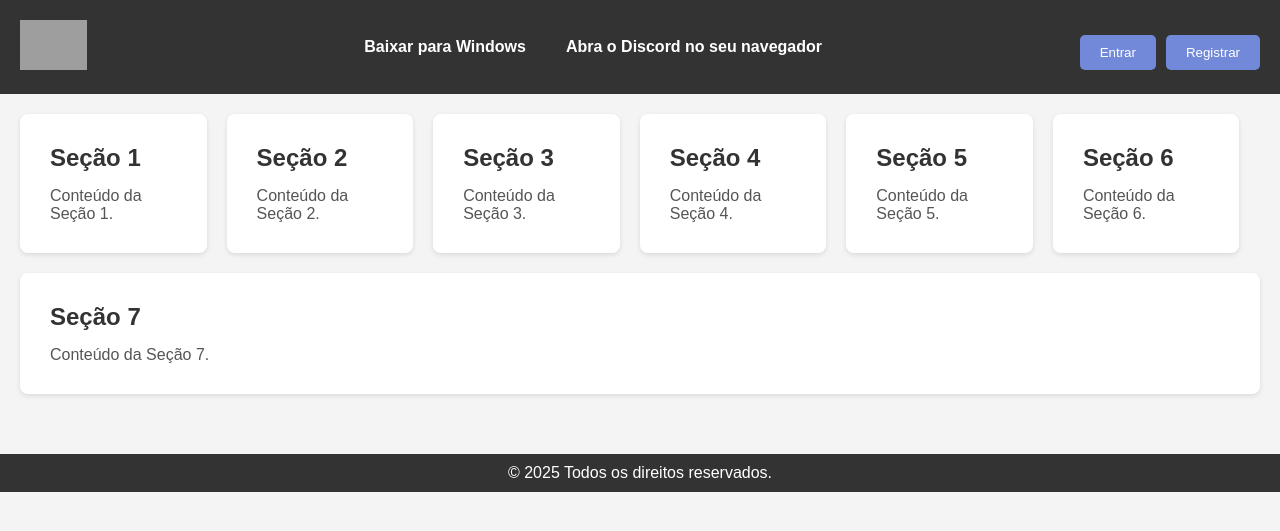
Repository: gustavotwist/projeto-discord
Page: index.html
The author's editor kept a copy of each file at every save. The page is drawn from the files as they stood at one save, then again after a run of saves.
The browser window is 1280 px wide. The pictures show the whole page.
Pictures or frames that could not be fetched are drawn as grey boxes.

Above is the page before, as saved 2025-03-09 17:44:24.

### index.html
<!DOCTYPE html>
<html lang="pt-br">
<head>
    <meta charset="UTF-8">
    <meta name="viewport" content="width=device-width, initial-scale=1.0">
    <title>Desafio de Responsividade</title>
    <link rel="stylesheet" href="/css/style.css">
</head>
<body>
    <!-- Header -->
    <header>
        <div class="logo">
            <img src="logo.png" alt="Logo">
        </div>
        <nav>
            <ul>
                <li><a href="#section1">Baixar para Windows</a></li>
                <li><a href="#section2">Abra o Discord no seu navegador</a></li>
            </ul>
        </nav>
        <div class="header-buttons">
            <button class="btn login-btn">Entrar</button>
            <button class="btn signup-btn">Registrar</button>
        </div>
    </header>

    <!-- Main -->
    <main>
        <!-- Container para as 7 seções (6 lado a lado e a 7ª embaixo) -->
        <div class="section-container">
            <!-- Section 1 -->
            <section id="section1">
                <h2>Seção 1</h2>
                <p>Conteúdo da Seção 1.</p>
            </section>

            <!-- Section 2 -->
            <section id="section2">
                <h2>Seção 2</h2>
                <p>Conteúdo da Seção 2.</p>
            </section>

            <!-- Section 3 -->
            <section id="section3">
                <h2>Seção 3</h2>
                <p>Conteúdo da Seção 3.</p>
            </section>

            <!-- Section 4 -->
            <section id="section4">
                <h2>Seção 4</h2>
                <p>Conteúdo da Seção 4.</p>
            </section>

            <!-- Section 5 -->
            <section id="section5">
                <h2>Seção 5</h2>
                <p>Conteúdo da Seção 5.</p>
            </section>

            <!-- Section 6 -->
            <section id="section6">
                <h2>Seção 6</h2>
                <p>Conteúdo da Seção 6.</p>
            </section>

            <!-- Section 7 -->
            <section id="section7">
                <h2>Seção 7</h2>
                <p>Conteúdo da Seção 7.</p>
            </section>
        </div>
    </main>

    <!-- Footer -->
    <footer>
        <p>&copy; 2025 Todos os direitos reservados.</p>
    </footer>
</body>
</html>

### css/style.css
/* Reset de estilos */
* {
    margin: 0;
    padding: 0;
    box-sizing: border-box;
}

/* Corpo e fontes */
body {
    font-family: Arial, sans-serif;
    background-color: #f4f4f4;
    color: #333;
}

/* Header */
header {
    background-color: #333;
    color: white;
    display: flex;
    justify-content: space-between;
    align-items: center;
    padding: 20px;
    position: relative;
}

header .logo img {
    height: 50px;
}

header nav ul {
    list-style-type: none;
    display: flex;
}

header nav ul li {
    margin-left: 20px;
}

header nav ul li a {
    color: white;
    text-decoration: none;
    font-weight: bold;
    padding: 5px 10px;
}

header nav ul li a:hover {
    background-color: #555;
    border-radius: 5px;
}

/* Botões no header */
.header-buttons {
    display: flex;
    gap: 10px;
    margin-top: 10px; /* Margem para distanciar os botões da navegação */
}

.header-buttons .btn {
    background-color: #7289da;
    color: white;
    border: none;
    padding: 10px 20px;
    border-radius: 5px;
    cursor: pointer;
    transition: background-color 0.3s ease;
}

.header-buttons .btn:hover {
    background-color: #5a6cb0;
}

/* Main */
main {
    padding: 20px;
}

/* Container para as 7 seções (6 lado a lado e a 7ª embaixo) */
.section-container {
    display: flex;
    flex-wrap: wrap; /* Para que as seções se ajustem em múltiplas linhas */
    gap: 20px; /* Espaçamento entre as seções */
}

/* Estilo para cada seção */
section {
    background-color: white;
    padding: 30px;
    margin: 0;
    border-radius: 8px;
    box-shadow: 0 2px 5px rgba(0, 0, 0, 0.1);
    transition: transform 0.3s ease;
}

/* Largura das seções */
section:nth-child(-n+6) {
    width: calc(16.66% - 20px); /* Para as 6 primeiras seções ficarem lado a lado */
}

section:nth-child(7) {
    width: 100%; /* A 7ª seção ocupa toda a largura da tela */
}

section h2 {
    margin-bottom: 15px;
    font-size: 1.5rem;
    color: #333;
}

section p {
    font-size: 1rem;
    color: #555;
}

section:hover {
    transform: translateY(-5px); /* Efeito de elevação ao passar o mouse */
}

/* Footer */
footer {
    background-color: #333;
    color: white;
    text-align: center;
    padding: 10px 0;
    margin-top: 40px;
}

/* Responsividade */
@media (max-width: 768px) {
    /* Ajuste para Header */
    header {
        flex-direction: column;
        align-items: flex-start;
        padding: 20px;
    }

    header nav ul {
        flex-direction: column;
        margin-top: 20px;
    }

    header nav ul li {
        margin-left: 0;
        margin-bottom: 10px;
    }

    /* Ajuste para Seções */
    section {
        width: 100%; /* Seções ocupam toda a largura em telas menores */
        padding: 20px;
    }

    /* Ajuste para Botões */
    .header-buttons {
        flex-direction: column;
        margin-top: 10px;
    }
}

@media (max-width: 480px) {
    /* Ajuste para texto no Footer */
    footer p {
        font-size: 0.8rem;
    }
}

After the next 2 saves:
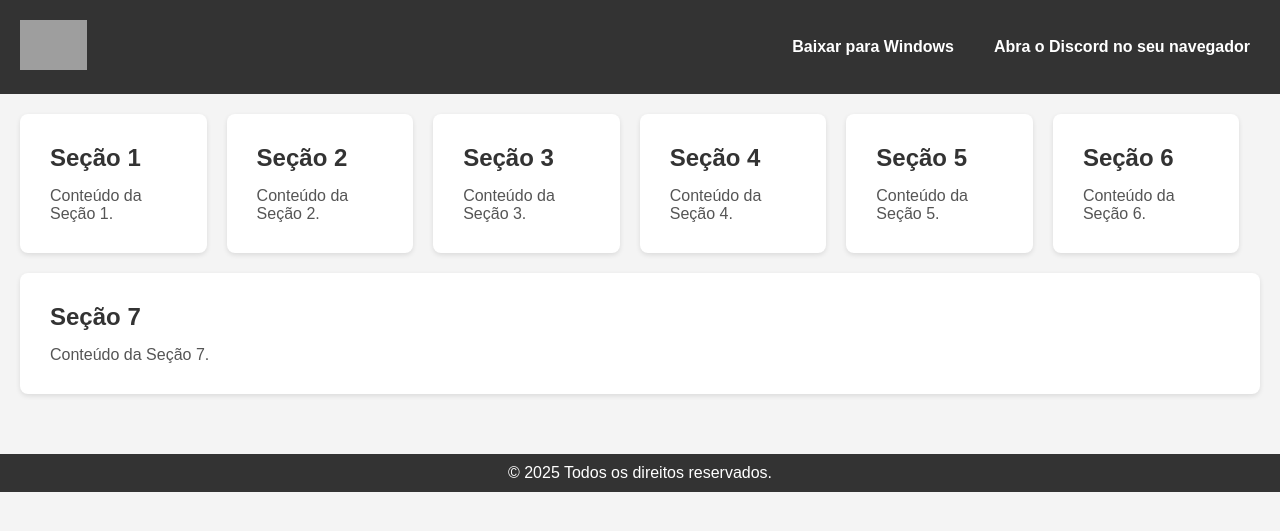
The 2 saves are shown as one change because they came seconds apart.
The last was saved 32 s later.
--- a/index.html
+++ b/index.html
@@ -18,10 +18,6 @@
                 <li><a href="#section2">Abra o Discord no seu navegador</a></li>
             </ul>
         </nav>
-        <div class="header-buttons">
-            <button class="btn login-btn">Entrar</button>
-            <button class="btn signup-btn">Registrar</button>
-        </div>
     </header>
 
     <!-- Main -->

After the 5 saves that followed:
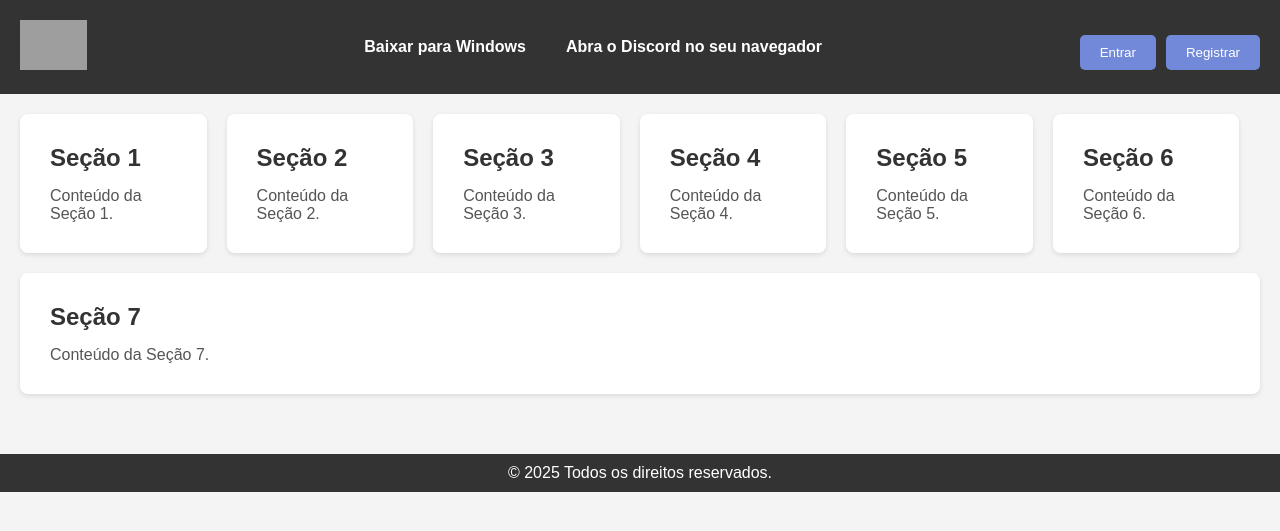
The 5 saves are shown as one change because 3 left the picture as it was and some came seconds apart.
The last was saved 2 min 17 s later.
--- a/index.html
+++ b/index.html
@@ -18,6 +18,10 @@
                 <li><a href="#section2">Abra o Discord no seu navegador</a></li>
             </ul>
         </nav>
+        <div class="header-buttons">
+            <button class="btn login-btn">Entrar</button>
+            <button class="btn signup-btn">Registrar</button>
+        </div>
     </header>
 
     <!-- Main -->
